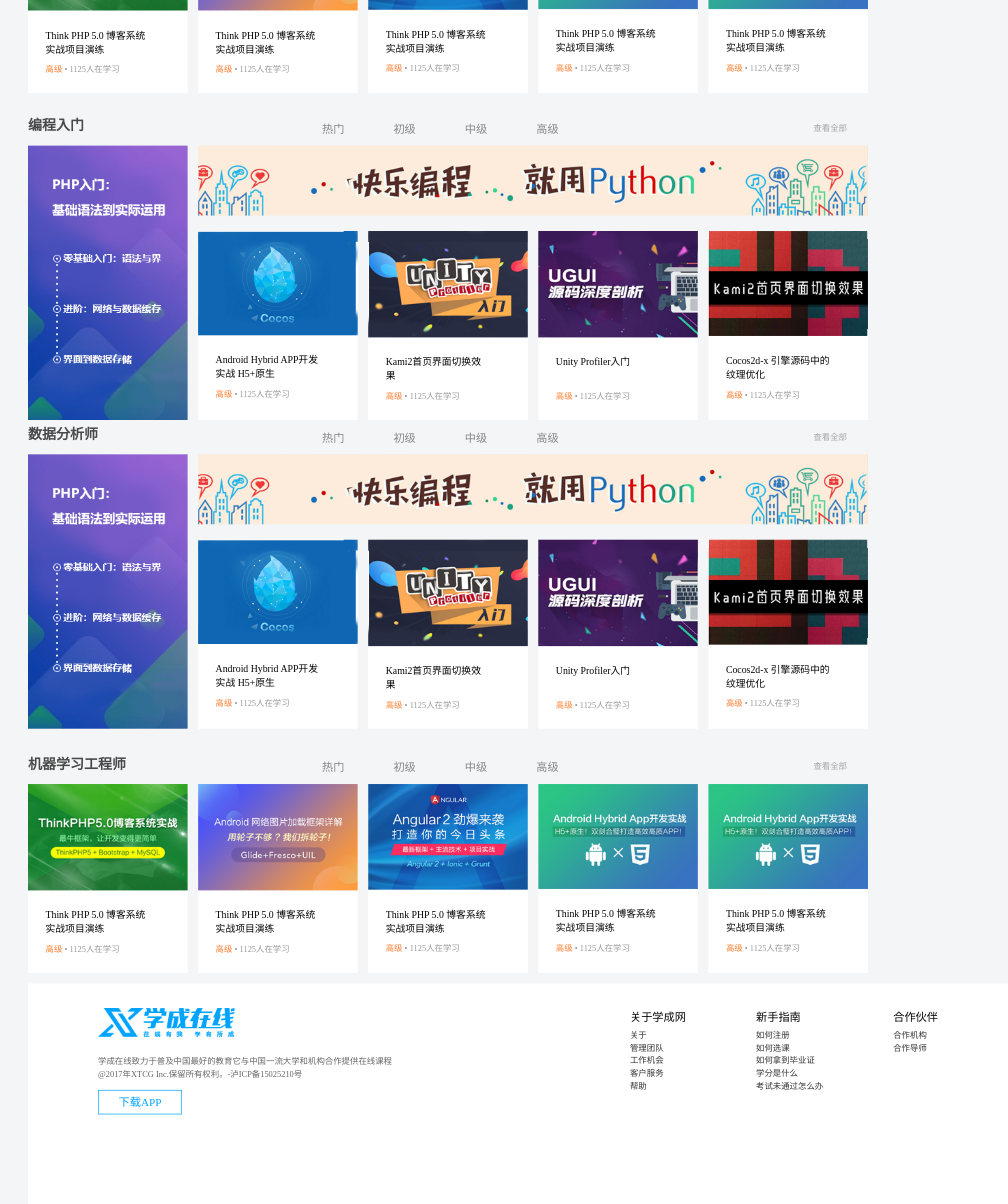
Repository: ywq0312/XueCheng
Page: index.html
The author's editor kept a copy of each file at every save. The page is drawn from the files as they stood at one save, then again after the next save.
The browser window is 1280 px wide. The page is 1440 px wide, then 1280 px, so the pictures cover 1440 px, including what lies to the right of the window. The pictures show the part of the page from y = 1090 to 2810 px (the page is 2810 px tall), at 70% of full size.

Above is the page before, as saved 2021-05-19 15:42:14.

### index.html
<!DOCTYPE html>
<html lang="en">

<head>
    <meta charset="UTF-8">
    <meta http-equiv="X-UA-Compatible" content="IE=edge">
    <meta name="viewport" content="width=device-width, initial-scale=1.0">
    <title>学成在线</title>
    <!-- 引入重置样式表 -->
    <!-- <link rel="stylesheet" href="./css/reset.css"> -->
    <!-- 引入公共样式表 -->
    <link rel="stylesheet" href="./css/base.css">
    <!-- 引入图标字体库 -->
    <link rel="stylesheet" href="./fa/css/all.css">
    <!-- 引入css样式 -->
    <link rel="stylesheet" href="./css/style.css">
</head>

<body>
    <!-- 1.头部区域 -->
    <div class="header w">
        <!-- logo部分 -->
        <div class="logo">
            <img src="./images/学成在线.png" alt="学成在线logo">
        </div>
        <!-- 导航栏部分nav -->
        <div class="nav">
            <ul>
                <li><a href="#">首页</a></li>
                <li><a href="#">课程</a></li>
                <li><a href="#">职业规划</a></li>
            </ul>
        </div>
        <!-- 搜索框 -->
        <div class="search">
            <!-- 输入关键字可以用  placeholder = "输入关键字" -->
            <input type="text" value="输入关键字" name="" id="">
            <!--
                文本框input、表单、单元格、图片都是行内块元素，行内块元素之间有一个默认缝隙
                解决办法：1.浮动中间无缝隙，可给input、button都加上浮动
            -->
            <button></button>
        </div>
        <!-- 用户模块 -->
        <div class="user">
            <img src="./images/user.png" alt="">
            qq-lilei
        </div>
    </div>
    <!-- 2.bannar部分 -->
    <div class="banner">
        <div class="w">
            <!-- 左侧导航栏模块 -->
            <div class="subnav">
                <ul>
                    <li>
                        <a href="#">
                            前端开发
                            <span> &gt; </span>
                            <!-- 如果用的是字体图标库，则需加上line-height -->
                            <!-- <span class="fas fa-angle-right"></span> -->
                        </a>
                        <!-- 这个符号也可以用大于号>代替 -->
                    </li>
                    <li>
                        <a href="#">
                            后端开发
                            <span>&gt;</span>
                            <!-- <span class="fas fa-angle-right"></span> -->
                        </a>
                    </li>
                    <li>
                        <a href="#">
                            移动开发
                            <span>&gt;</span>
                            <!-- <span class="fas fa-angle-right"></span> -->
                        </a>
                    </li>
                    <li>
                        <a href="#">
                            人工智能
                            <span>&gt;</span>
                            <!-- <span class="fas fa-angle-right"></span> -->
                        </a>
                    </li>
                    <li>
                        <a href="#">
                            商业预测
                            <span>&gt;</span>
                            <!-- <span class="fas fa-angle-right"></span> -->
                        </a>
                    </li>
                    <li>
                        <a href="#">
                            云计算&大数据
                            <span>&gt;</span>
                            <!-- <span class="fas fa-angle-right"></span> -->
                        </a>
                    </li>
                    <li>
                        <a href="#">
                            运维&从测试
                            <span>&gt;</span>
                            <!-- <span class="fas fa-angle-right"></span> -->
                        </a>
                    </li>
                    <li>
                        <a href="#">
                            UI设计
                            <span>&gt;</span>
                            <!-- <span class="fas fa-angle-right"></span> -->
                        </a>
                    </li>
                    <li>
                        <a href="#">
                            产品
                            <span>&gt;</span>
                            <!-- <span class="fas fa-angle-right"></span> -->
                        </a>
                    </li>
                </ul>
            </div>
            <!-- 课程表模块 -->
            <div class="course">
                <h2>我的课程表</h2>
                <div class="bd">
                    <ul>
                        <li>
                            <a href="#">
                                <h4>继续学习 程序语言设计</h4>
                                <p>正在学习-使用对象</p>
                            </a>
                        </li>
                        <li>
                            <a href="#">
                                <h4>继续学习 程序语言设计</h4>
                                <p>正在学习-使用对象</p>
                            </a>
                        </li>
                        <li>
                            <a href="#">
                                <h4>继续学习 程序语言设计</h4>
                                <p>正在学习-使用对象</p>
                            </a>
                        </li>
                    </ul>
                    <a href="#" class="more">全部课程</a>
                </div>
            </div>
        </div>
    </div>
    <!-- 3.精品推荐 -->
    <div class="goods w">
        <h3>精品推荐</h3>
        <ul>
            <li><a href="#">jQuery</a></li>
            <li><a href="#">Spark</a></li>
            <li><a href="#">MySQL</a></li>
            <li><a href="#">JavaWeb</a></li>
            <li><a href="#">MySQL</a></li>
            <li><a href="#">JavaWeb</a></li>
        </ul>
        <a href="#" class="mod">修改兴趣</a>
    </div>
    <!-- 4.box核心内容区域 -->
    <div class="box w">
        <div class="box-hd">
            <h3>精品推荐</h3>
            <a href="#">查看全部</a>
        </div>
        <div class="box-bd">
            <!-- ul清楚浮动的原因是底下的li是浮动的，脱离了标准流，会让下面的内容跑到li底下（子不教父之过，所以给li的父元素清除浮动） -->
            <ul class="clearfix">
                <li>
                    <em>
                        <!-- 因为底下已经有一个img图片设置了样式，所以用另外一个标签包含 -->
                        <img src="./images/hot.png" alt="">
                    </em>
                    <img src="./images/pic.png" alt="">
                    <h4>Think PHP 5.0 博客系统实战项目演练</h4>
                    <div class="info">
                        <span>高级</span> • 1125人在学习
                    </div>
                </li>
                <li>
                    <em>
                        <img src="./images/new.png" alt="">
                    </em>
                    <img src="./images/pic2.png" alt="">
                    <h4>Think PHP 5.0 博客系统实战项目演练</h4>
                    <div class="info">
                        <span>高级</span> • 1125人在学习
                    </div>
                </li>
                <li>
                    <img src="./images/pic3.png" alt="">
                    <h4>Think PHP 5.0 博客系统实战项目演练</h4>
                    <div class="info">
                        <span>高级</span> • 1125人在学习
                    </div>
                </li>
                <li>
                    <img src="./images/pic4.png" alt="">
                    <h4>Think PHP 5.0 博客系统实战项目演练</h4>
                    <div class="info">
                        <span>高级</span> • 1125人在学习
                    </div>
                </li>
                <li>
                    <img src="./images/pic4.png" alt="">
                    <h4>Think PHP 5.0 博客系统实战项目演练</h4>
                    <div class="info">
                        <span>高级</span> • 1125人在学习
                    </div>
                </li>
                <li>
                    <em>
                        <img src="./images/hot.png" alt="">
                    </em>
                    <img src="./images/pic.png" alt="">
                    <h4>Think PHP 5.0 博客系统实战项目演练</h4>
                    <div class="info">
                        <span>高级</span> • 1125人在学习
                    </div>
                </li>
                <li>
                    <em>
                        <img src="./images/new.png" alt="">
                    </em>
                    <img src="./images/pic2.png" alt="">
                    <h4>Think PHP 5.0 博客系统实战项目演练</h4>
                    <div class="info">
                        <span>高级</span> • 1125人在学习
                    </div>
                </li>
                <li>
                    <img src="./images/pic3.png" alt="">
                    <h4>Think PHP 5.0 博客系统实战项目演练</h4>
                    <div class="info">
                        <span>高级</span> • 1125人在学习
                    </div>
                </li>
                <li>
                    <img src="./images/pic4.png" alt="">
                    <h4>Think PHP 5.0 博客系统实战项目演练</h4>
                    <div class="info">
                        <span>高级</span> • 1125人在学习
                    </div>
                </li>
                <li>
                    <img src="./images/pic4.png" alt="">
                    <h4>Think PHP 5.0 博客系统实战项目演练</h4>
                    <div class="info">
                        <span>高级</span> • 1125人在学习
                    </div>
                </li>
            </ul>
        </div>
    </div>
    <!-- 5.内容区 -->
    <div class="content w clearfix">
        <div class="content-hd">
            <h3>编程入门</h3>
            <ul>
                <li><a href="#">热门</a></li>
                <li><a href="#">初级</a></li>
                <li><a href="#">中级</a></li>
                <li><a href="#">高级</a></li>
            </ul>
            <a href="#">查看全部</a>
        </div>
        <div class="content-left">
            <img src="./images/c-pic1.png" alt="">
        </div>
        <div class="content-right">
            <div class="content-top">
                <img src="./images/c-pic.png" alt="">
            </div>
            <div class="content-btn">
                <ul>
                    <li>
                        <img src="./images/c-pic2.png" alt="">
                        <h4>Android Hybrid APP开发实战 H5+原生</h4>
                        <div class="info">
                            <span>高级</span> • 1125人在学习
                        </div>
                    </li>
                    <li>
                        <img src="./images/c-pic3.png" alt="">
                        <h4>Kami2首页界面切换效果</h4>
                        <div class="info">
                            <span>高级</span> • 1125人在学习
                        </div>
                    </li>
                    <li>
                        <img src="./images/c-cip4.png" alt="">
                        <h4>Unity Profiler入门</h4>
                        <div class="info">
                            <span>高级</span> • 1125人在学习
                        </div>
                    </li>
                    <li>
                        <img src="./images/c-cip5.png" alt="">
                        <h4>Cocos2d-x 引擎源码中的纹理优化</h4>
                        <div class="info">
                            <span>高级</span> • 1125人在学习
                        </div>
                    </li>
                </ul>
            </div>
        </div>
        <div class="content w clearfix">
            <div class="content-hd">
                <h3>数据分析师</h3>
                <ul>
                    <li><a href="#">热门</a></li>
                    <li><a href="#">初级</a></li>
                    <li><a href="#">中级</a></li>
                    <li><a href="#">高级</a></li>
                </ul>
                <a href="#">查看全部</a>
            </div>
            <div class="content-left">
                <img src="./images/c-pic1.png" alt="">
            </div>
            <div class="content-right">
                <div class="content-top">
                    <img src="./images/c-pic.png" alt="">
                </div>
                <div class="content-btn">
                    <ul>
                        <li>
                            <img src="./images/c-pic2.png" alt="">
                            <h4>Android Hybrid APP开发实战 H5+原生</h4>
                            <div class="info">
                                <span>高级</span> • 1125人在学习
                            </div>
                        </li>
                        <li>
                            <img src="./images/c-pic3.png" alt="">
                            <h4>Kami2首页界面切换效果</h4>
                            <div class="info">
                                <span>高级</span> • 1125人在学习
                            </div>
                        </li>
                        <li>
                            <img src="./images/c-cip4.png" alt="">
                            <h4>Unity Profiler入门</h4>
                            <div class="info">
                                <span>高级</span> • 1125人在学习
                            </div>
                        </li>
                        <li>
                            <img src="./images/c-cip5.png" alt="">
                            <h4>Cocos2d-x 引擎源码中的纹理优化</h4>
                            <div class="info">
                                <span>高级</span> • 1125人在学习
                            </div>
                        </li>
                    </ul>
                </div>
            </div>
    </div>

    <!-- 其他内容 -->
    <div class="box">
        <div class="content-hd">
            <h3>机器学习工程师</h3>
            <ul>
                <li><a href="#">热门</a></li>
                <li><a href="#">初级</a></li>
                <li><a href="#">中级</a></li>
                <li><a href="#">高级</a></li>
            </ul>
            <a href="#">查看全部</a>
        </div>
        <div class="box-bd">
            <!-- ul清楚浮动的原因是底下的li是浮动的，脱离了标准流，会让下面的内容跑到li底下（子不教父之过，所以给li的父元素清除浮动） -->
            <ul class="clearfix">
                <li>
                    <img src="./images/pic.png" alt="">
                    <h4>Think PHP 5.0 博客系统实战项目演练</h4>
                    <div class="info">
                        <span>高级</span> • 1125人在学习
                    </div>
                </li>
                <li>
                    <img src="./images/pic2.png" alt="">
                    <h4>Think PHP 5.0 博客系统实战项目演练</h4>
                    <div class="info">
                        <span>高级</span> • 1125人在学习
                    </div>
                </li>
                <li>
                    <img src="./images/pic3.png" alt="">
                    <h4>Think PHP 5.0 博客系统实战项目演练</h4>
                    <div class="info">
                        <span>高级</span> • 1125人在学习
                    </div>
                </li>
                <li>
                    <img src="./images/pic4.png" alt="">
                    <h4>Think PHP 5.0 博客系统实战项目演练</h4>
                    <div class="info">
                        <span>高级</span> • 1125人在学习
                    </div>
                </li>
                <li>
                    <img src="./images/pic4.png" alt="">
                    <h4>Think PHP 5.0 博客系统实战项目演练</h4>
                    <div class="info">
                        <span>高级</span> • 1125人在学习
                    </div>
                </li>
            </ul>
        </div>
    </div>
    <!-- footer 页底模块 -->
    <div class="footer">
        <div class="w">
            <div class="copyright">
                <img src="./images/学成在线.png" alt="">
                <p>学成在线致力于普及中国最好的教育它与中国一流大学和机构合作提供在线课程<br>@2017年XTCG Inc.保留所有权利。-泸ICP备15025210号
                </p>
                <a href="#" class="app">下载APP</a>
            </div>
            <div class="links">
                <dl>
                    <dt><a href="#">关于学成网</a></dt>
                    <dd><a href="#">关于</a></dd>
                    <dd><a href="#">管理团队</a></dd>
                    <dd><a href="#">工作机会</a></dd>
                    <dd><a href="#">客户服务</a></dd>
                    <dd><a href="#">帮助</a></dd>
                </dl>
                <dl>
                    <dt><a href="#">新手指南</a></dt>
                    <dd><a href="#">如何注册</a></dd>
                    <dd><a href="#">如何选课</a></dd>
                    <dd><a href="#">如何拿到毕业证</a></dd>
                    <dd><a href="#">学分是什么</a></dd>
                    <dd><a href="#">考试未通过怎么办</a></dd>
                </dl>
                <dl>
                    <dt><a href="#">合作伙伴</a></dt>
                    <dd><a href="#">合作机构</a></dd>
                    <dd><a href="#">合作导师</a></dd>
                </dl>
            </div>
        </div>
    </div>

    <script>
        var text = document.querySelector('input');
        text.onfocus = function () {
            if (this.value === "输入关键字") {
                this.value = '';
            }
            this.style.color = '#333';
        }
        text.onblur = function () {
            if (this.value === '') {
                this.value = '输入关键字';
            }
            this.style.color = '#bfbfbf';
        }
    </script>
</body>

</html>

### css/base.css
.clearfix::before,
.clearfix::after{
    display: table;
    clear: both;
    content: '';
}
.w{
    width: 1200px;
    margin: auto;
}
body{
    background-color: #f3f5f7;
}
a{
    text-decoration: none;
    color: #050505;
}
li{
    list-style-type: none;
}

### css/style.css
*{
    margin: 0;
    padding: 0;
}

/* 头部区域 */
.header{
    height: 42px;
    /* 注意此地方会层叠w里面的margin */
    margin: 30px auto;
}
.logo{
    float: left;
    width: 198px;
    height: 42px;
}
.nav{
    float: left;
    margin-left: 60px;
}
.nav ul li{
    float: left;
    margin: 0 15px;
}
.nav ul li a{
    /* a是行内元素，所以转为块元素后宽高才起效 */
    display: block;
    height: 42px;
    /* 用padding把文字的宽度撑开 */
    padding: 0 10px;
    line-height: 42px;
    font-size: 18px;
    color: #050505;
    text-decoration: none;
}
.nav ul li a:hover{
    border-bottom: 2px solid #00a4ff;
    color: #00a4ff;
}
.search{
    float: left;
    width: 412px;
    height: 42px;
    background-color: skyblue;
    margin-left: 60px;
}
.search input{
    float: left;
    width: 345px;
    height: 40px;
    border: 1px solid #00a4ff;
    border-right: none;
    color: #bfbfbf;
    font-size: 14px;
    outline: none;
    /* 也可以用缩进text-index: 2em; 来将字体往左边移动 */
    padding-left: 15px;
}
.search button{
    float: left;
    width: 50px;
    height: 42px;
    background: url(../images/btn.png);
    /* 去掉按钮button默认边框 */
    border: 0;
}
.user{
    float: right;
    line-height: 42px;
    margin-right: 52px;
    font-size: 16px;
    color: #666;
    /* 图片与文字垂直居中对齐使用vertical-align: middle;  */
    vertical-align: middle;
}
/* banner区域 */
.banner{
    height: 421px;
    background-color: #1c036c;
}
.banner .w{
    height: 421px;
    background: url(../images/banner2.png) no-repeat top center;
}
/* 左侧导航 */
.subnav{
    float: left;
    width: 190px;
    height: 421px;
    background: rgba(0, 0, 0, .3);
}
.subnav ul li{
    height: 45px;
    line-height: 45px;
    padding: 0 20px;
}
.subnav ul li a{
    font-size: 14px;
    color: #fff;
}
.subnav ul li a span{
    float: right;
    /* line-height: 45px; */
}
.subnav ul li a:hover{
    color: #00a4ff;
}
.course{
    float: right;
    width: 230px;
    height: 300px;
    /* 浮动的盒子不会有外边距合并的问题，标准流盒子会发生外边距合并 */
    margin-top: 50px;
    background-color: #fff;
}
/* 右侧课程表 */
.course h2{
    height: 48px;
    background-color: #9bceea;
    text-align: center;
    line-height: 48px;
    font-size: 18px;
    color: #fff;
}
.course .bd{
    padding: 0 20px;
}
.course .bd  ul li{
    padding: 13px 0;
    border-bottom: 1px solid #ccc;
}
.course .bd  ul li h4{
    font-size: 16px;
    color: #4e4e4e;
}
.course .bd  ul li p{
    font-size: 12px;
    color: #a5a5a5;
}
.course .bd .more{
    /* a是行内元素，没有大小，需要转换成块级元素 */
    display: block;
    height: 38px;
    border: 1px solid #00a4ff;
    text-align: center;
    line-height: 38px;
    color: #00a4ff;
    font-size: 16px;
    font-weight: 700;
    margin-top: 7px;
}
/* 精品推荐模块 */
.goods{
    margin-top: 10px;
    height: 60px;
    background-color: #fff;
    /* box-shadow: (X轴偏移量)(Y轴偏移量)(阴影模糊半径)(阴影扩展半径)(阴影颜色) */
    box-shadow: 0 2px 3px 3px rgba(0, 0, 0, .1);
    /* 行高会继承，会继承给3个孩子 */
    line-height: 60px;
}
.goods h3{
    float: left;
    margin-left: 30px;
    font-size: 16px;
    color: #00a4ff;
}
.goods ul{
    float: left;
    margin-left: 30px;
}
.goods ul li{
    float: left;
}
.goods ul li a{
    padding: 0 30px;
    font-size: 16px;
    color: #050505;
    border-left: 1px solid #ccc;
}
.goods .mod{
    float: right;
    margin-right: 30px;
    font-size: 14px;
    color: #00a4ff;
}
.box{
    margin-top: 30px;
}
.box .box-hd,
.content .content-hd{
    /* 必定会有一个高度，若没有高度，底下标准流的东西会往上移 */
    height: 45px;
}
.box .box-hd h3,
.content .content-hd h3{
    float: left;
    font-size: 20px;
    color: #494949;
}
.box .box-hd a,
.content .content-hd > a{
    float: right;
    font-size: 12px;
    color: #a5a5a5;
    margin-top: 10px;
    margin-right: 30px;
}
/* 把li的父亲ul修改的足够宽，一行能装开5个盒子就不会换行了 */
.box .box-bd ul,
.content .content-btn ul{
    width: 1225px;
}
.box .box-bd ul li{
    /* 子绝父相 */
    position: relative;
    float: left;
    width: 228px;
    height: 270px;
    background-color: #fff;
    margin-right: 15px;
    margin-bottom: 15px;
}
/* li > img 的原因是因为这里的img是li的子元素，而hot图片的img是li的孙子元素，宽度就不会100% */
.box .box-bd ul li > img,
.content .content-btn ul li > img{
    width: 100%;
}
.box .box-bd ul li h4,
.content .content-btn ul li h4{
    display: block;
    width: 150px;
    height: 30px;
    margin :20px 20px 20px 25px;
    font-size: 14px;
    color: #050505;
    /* 文字不加粗 */
    font-weight: 400;
}
.box .box-bd ul li em{
    /* 绝对定位 */
    position: absolute;
    top: 4px;
    right: -4px;
}
.box .box-bd .info,
.content .content-btn .info{
    margin :20px 20px 20px 25px;
    font-size: 12px;
    color: #999;
}
.box .box-bd .info span,
.content .content-btn .info span{
    color: #ff7c2d;
}
.content{
    margin-top: 15px;
}
.content .content-hd ul{
    margin-left: 350px;
}
.content .content-hd ul li{
    float: left;
    margin-top: 8px;
    margin-left: 70px;
}
.content .content-hd ul li a{
    font: 16px;
    color: #868686;
}
.content .content-hd ul li a:hover{
    color: #00a4ff;
}
.content .content-left{
    float: left;
}
.content .content-top{
    float: right;
}
.content .content-btn ul li{
    float: left;
    width: 228px;
    height: 270px;
    background-color: #fff;
    margin-right: 15px;
    margin-top: 18px;
}
.content .content-btn ul li:first-child{
    margin-left: 15px;
}
/* 页脚部分 */
.footer{
    width: 1400px;
    height: 315px;
    background-color: #fff;
}
.footer .w{
    padding-top: 35px;
}
.copyright {
    float: left;
}
.copyright p{
    font-size: 12px;
    color: #666;
    margin-top: 20px;
    margin-bottom: 15px;
}
.copyright .app{
    display: block;
    width: 118px;
    height: 33px;
    text-align: center;
    line-height: 33px;
    color: #00a4ff;
    font-size: 16px;
    border: 1px solid #00a4ff;
}
.links{
    float: right;
}
.links dl{
    float: left;
    margin-left: 100px;
}
.links dl dt{
    font-size: 16px;
    color: #333;
    margin-bottom: 5px;
}
.links dl dd a{
    color: #333;
    font-size: 12px;
}

Loaded but not shown: fa/css/all.css (library)

After the next save:
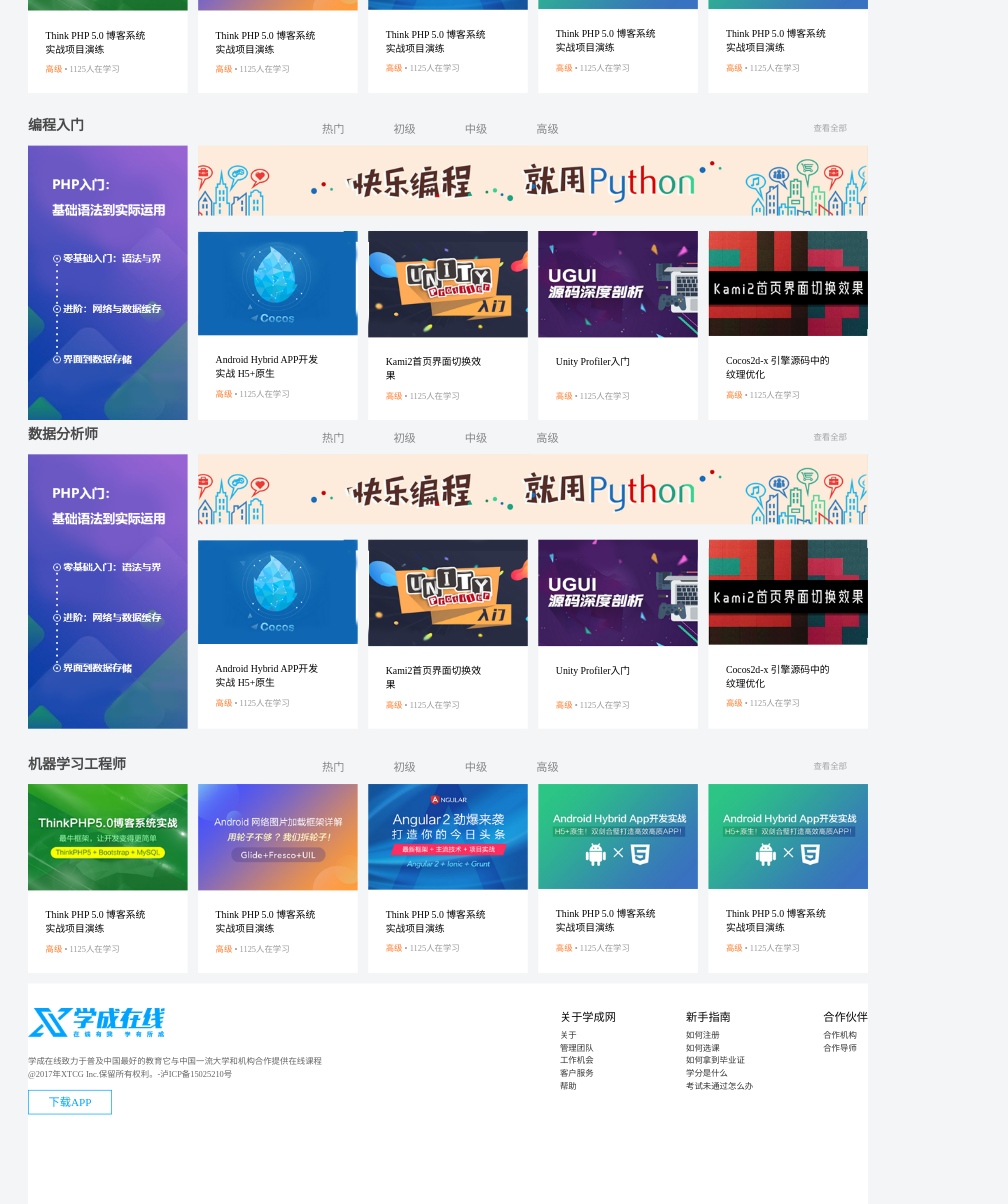
Saved 15 s later.
--- a/css/style.css
+++ b/css/style.css
@@ -290,7 +290,6 @@
 }
 /* 页脚部分 */
 .footer{
-    width: 1400px;
     height: 315px;
     background-color: #fff;
 }
